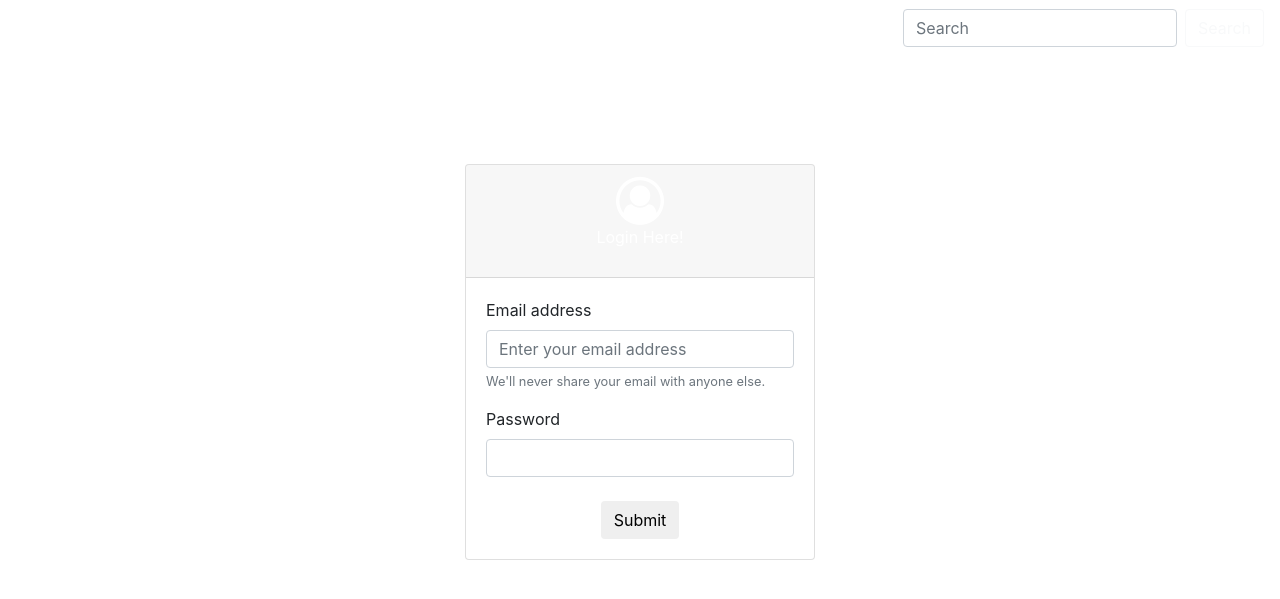
Repository: soumisen2508/Projetcs
Page: http://localhost/mytechblog/login_page.jsp
The author's editor kept a copy of each file at every save. The page is drawn from the files as they stood at one save, then again after the next save.
The browser window is 1280 px wide. The pictures show the whole page.
Some web libraries are served in a nearby version. The page is served by Tomcat 9. Other server files are loaded and not shown.

Above is the page before, as saved 2024-01-01 11:49:36.

### techblog/mytechblog/src/main/webapp/login_page.jsp
<%@ page language="java" contentType="text/html; charset=ISO-8859-1"
    pageEncoding="ISO-8859-1"%>
    <%@ page import = "com.project.mytechblog.entities.Message" %>
<!DOCTYPE html PUBLIC "-//W3C//DTD HTML 4.01 Transitional//EN" "http://www.w3.org/TR/html4/loose.dtd">
<html>
<head>
<meta http-equiv="Content-Type" content="text/html; charset=ISO-8859-1">
<title>Login Page</title>
<!--css-->
<link rel="stylesheet" href="https://cdn.jsdelivr.net/npm/bootstrap@4.0.0/dist/css/bootstrap.min.css" integrity="sha384-Gn5384xqQ1aoWXA+058RXPxPg6fy4IWvTNh0E263XmFcJlSAwiGgFAW/dAiS6JXm" crossorigin="anonymous">
<link href="css/mystyle.css" rel="stylesheet" type="text/css"/>
<link rel="stylesheet" href="https://cdnjs.cloudflare.com/ajax/libs/font-awesome/4.7.0/css/font-awesome.min.css">

<style>
.banner-background{
clip-path: polygon(38% 0, 70% 0%, 100% 0, 100% 87%, 79% 98%, 52% 89%, 0 100%, 0 0);
}
</style>
</head>
<body>

<!-- navbar -->

<%@ include file = "normal_navbar.jsp" %>
<main class = "d-flex align-items-center primary-background banner-background" style = "height:85vh">
<div class = "container">
<div class = "row">
<div class = "col-md-4 offset-md-4">
<div class = "card">
<div class = "card-header primary-background text-white text-center">
<span class = "fa fa-user-circle-o fa-3x"></span>
<br>
<p>Login Here!</p>
</div>

<%
Message msg = (Message)session.getAttribute("msg");
if(msg != null)
{
	%>
	<div class="alert <%=msg.getCssClass() %>" role="alert">
  <%= msg.getContent() %>
    </div>
	<%
	session.removeAttribute("msg");
}
%>

<div class = "card-body">
<form action = "LoginServlet" method = "post">
  <div class="form-group">
    <label for="email">Email address</label>
    <input name = "user_email" reuired type="email" class="form-control" id="email1" placeholder="Enter your email address">
    <small id="emailHelp" class="form-text text-muted">We'll never share your email with anyone else.</small>
  </div>
  <div class="form-group">
    <label for="password">Password</label>
    <input name = "user_password" required type="password" class="form-control" id="password">
    </div>
  <div class = "container text-center mt-4">
  <button type="submit" class="btn primary-background">Submit</button>
  </div>
</form>
</div>
</div>
</div>
</div>

</div>
</main>
<!-- javascripts -->
<script src="https://code.jquery.com/jquery-3.7.1.min.js" integrity="sha256-/JqT3SQfawRcv/BIHPThkBvs0OEvtFFmqPF/lYI/Cxo=" crossorigin="anonymous"></script>
<script src="https://cdn.jsdelivr.net/npm/popper.js@1.12.9/dist/umd/popper.min.js" integrity="sha384-ApNbgh9B+Y1QKtv3Rn7W3mgPxhU9K/ScQsAP7hUibX39j7fakFPskvXusvfa0b4Q" crossorigin="anonymous"></script>
<script src="https://cdn.jsdelivr.net/npm/bootstrap@4.0.0/dist/js/bootstrap.min.js" integrity="sha384-JZR6Spejh4U02d8jOt6vLEHfe/JQGiRRSQQxSfFWpi1MquVdAyjUar5+76PVCmYl" crossorigin="anonymous"></script>
<script src="js/myjs.js" type="text/javascript"></script>

</body>
</html>

### techblog/mytechblog/src/main/webapp/normal_navbar.jsp
<nav class="navbar navbar-expand-lg navbar-dark primary-background">
  <a class="navbar-brand" href="index.jsp"><span class = "fa fa-dashboard"></span>  Tech Blog</a>
  <button class="navbar-toggler" type="button" data-toggle="collapse" data-target="#navbarSupportedContent" aria-controls="navbarSupportedContent" aria-expanded="false" aria-label="Toggle navigation">
    <span class="navbar-toggler-icon"></span>
  </button>

  <div class="collapse navbar-collapse" id="navbarSupportedContent">
    <ul class="navbar-nav mr-auto">
      <li class="nav-item active">
        <a class="nav-link" href="#"><span class = "fa fa-universal-access"></span>  LearnCode With Soumi <span class="sr-only">(current)</span></a>
      </li>
      <li class="nav-item dropdown">
        <a class="nav-link dropdown-toggle" href="#" id="navbarDropdown" role="button" data-toggle="dropdown" aria-haspopup="true" aria-expanded="false">
          <span class = "fa fa-check-square-o"></span>   Categories
        </a>
        <div class="dropdown-menu" aria-labelledby="navbarDropdown">
          <a class="dropdown-item" href="#">Programming Language</a>
          <a class="dropdown-item" href="#">Project Implementation</a>
          <div class="dropdown-divider"></div>
          <a class="dropdown-item" href="#">Data Structure</a>
        </div>
      </li>
      <li class="nav-item">
        <a class="nav-link" href="#"><span class = "fa fa-address-card-o"></span>  Contact</a>
      </li>
      <li class="nav-item">
        <a class="nav-link" href="register_page.jsp"><span class = "fa fa-user-plus"></span>  Sign Up</a>
      </li>
    </ul>
    <form class="form-inline my-2 my-lg-0">
      <input class="form-control mr-sm-2" type="search" placeholder="Search" aria-label="Search">
      <button class="btn btn-outline-light my-2 my-sm-0" type="submit">Search</button>
    </form>
  </div>
</nav>

### techblog/mytechblog/src/main/webapp/css/mystyle.css
@charset "ISO-8859-1";

body{

}

.list-group a.active{
	background:#1B5E20!important;
}

Loaded but not shown: techblog/mytechblog/src/main/webapp/js/myjs.js (no copy from this time; the picture is the same without it)

After the next save:
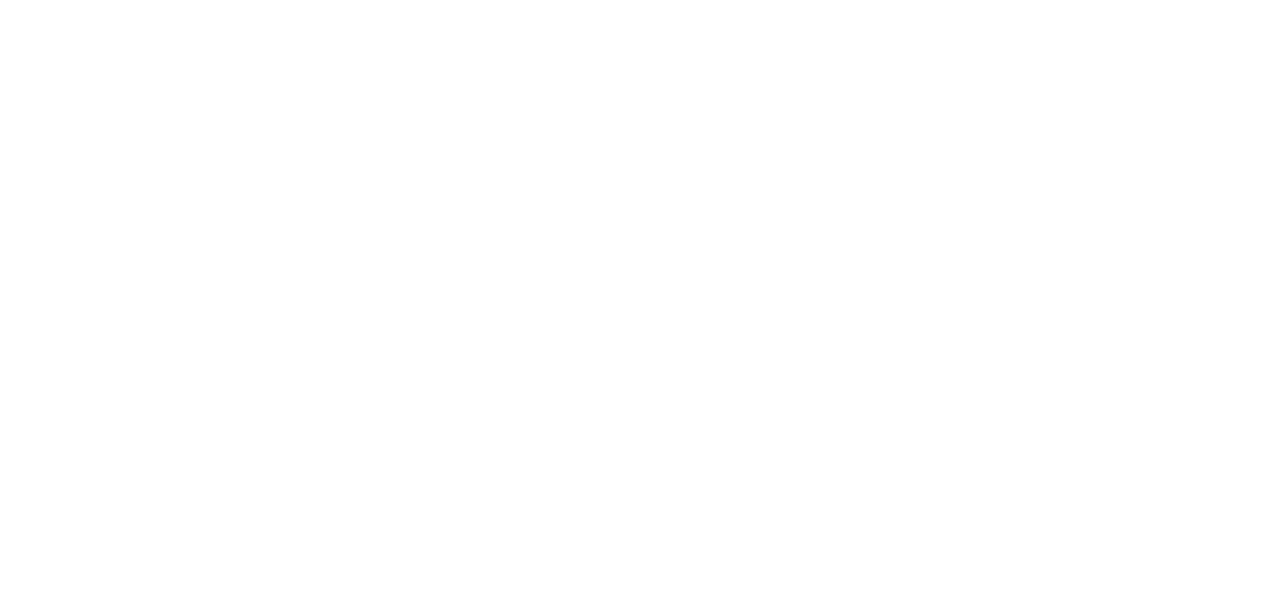
Saved 40 s later.
--- a/techblog/mytechblog/src/main/webapp/css/mystyle.css
+++ b/techblog/mytechblog/src/main/webapp/css/mystyle.css
@@ -1,9 +1,5 @@
 @charset "ISO-8859-1";
 
 body{
-
+	display: none !important;
 }
-
-.list-group a.active{
-	background:#1B5E20!important;
-}

After the save that followed:
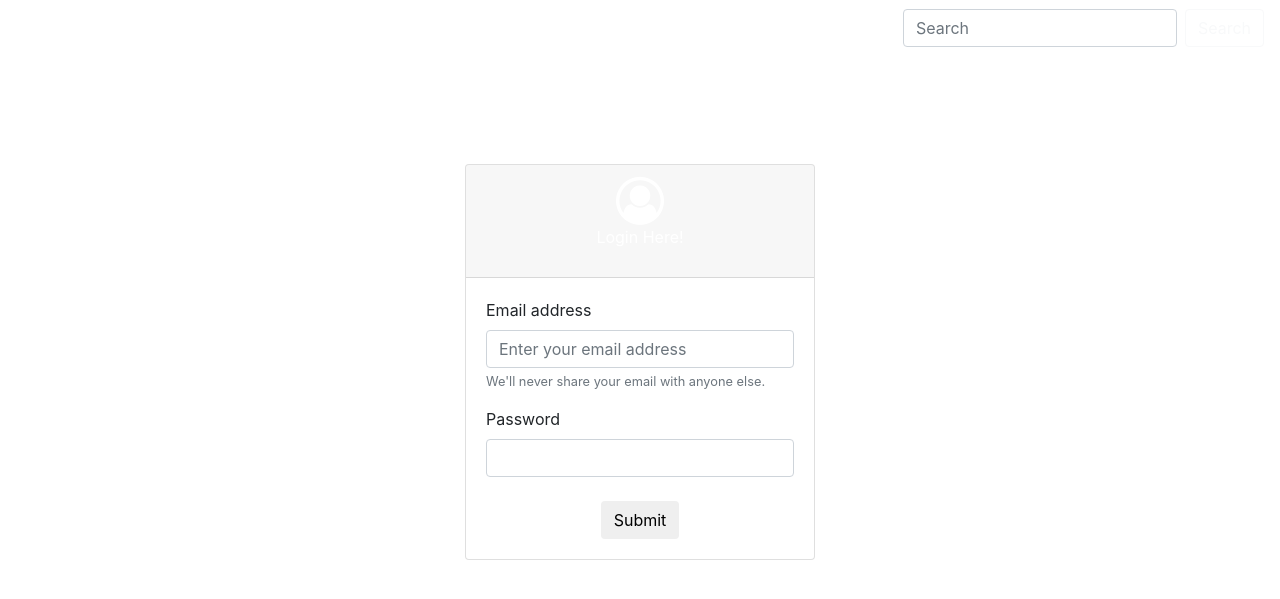
Saved 55 s later.
--- a/techblog/mytechblog/src/main/webapp/css/mystyle.css
+++ b/techblog/mytechblog/src/main/webapp/css/mystyle.css
@@ -1,5 +1,35 @@
 @charset "ISO-8859-1";
 
 body{
-	display: none !important;
+
 }
+:root {
+  --blue: #007bff;
+  --indigo: #6610f2;
+  --purple: #6f42c1;
+  --pink: #e83e8c;
+  --red: #dc3545;
+  --orange: #fd7e14;
+  --yellow: #ffc107;
+  --green: #28a745;
+  --teal: #20c997;
+  --cyan: #17a2b8;
+  --white: #fff;
+  --gray: #6c757d;
+  --gray-dark: #343a40;
+  --primary: #000 ;
+  --secondary: #6c757d;
+  --success: #28a745;
+  --info: #17a2b8;
+  --warning: #ffc107;
+  --danger: #dc3545;
+  --light: #f8f9fa;
+  --dark: #343a40;
+  --breakpoint-xs: 0;
+  --breakpoint-sm: 576px;
+  --breakpoint-md: 768px;
+  --breakpoint-lg: 992px;
+  --breakpoint-xl: 1200px;
+  --font-family-sans-serif: -apple-system, BlinkMacSystemFont, "Segoe UI", Roboto, "Helvetica Neue", Arial, sans-serif, "Apple Color Emoji", "Segoe UI Emoji", "Segoe UI Symbol";
+  --font-family-monospace: SFMono-Regular, Menlo, Monaco, Consolas, "Liberation Mono", "Courier New", monospace;
+}
